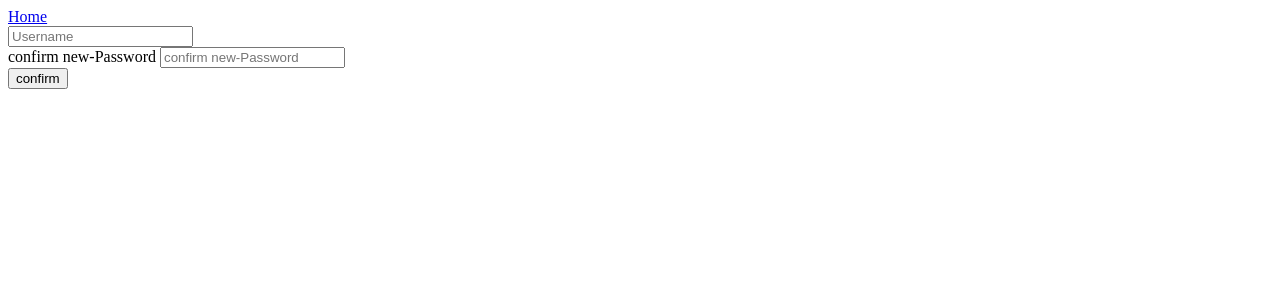
Repository: YagahAi/MARCATIR
Page: forgottenpass.html
An editor plug-in stored every save of this project. The page is shown before and after a run of saves, followed by the edit.
The browser window is 1280 px wide. The pictures show the whole page.

Above is the page before, as saved 2023-09-27 11:49:16.

### forgottenpass.html
<!DOCTYPE html>
<html lang="en">
<head>
    <meta charset="UTF-8">
    <meta name="viewport" content="width=device-width, initial-scale=1.0">
    <title>Document</title>
</head>
<body>
<a href="/index.html" class="container .hm">Home</a>
    <form class="row g-3">
        <form>
            <div class="col-auto">
        <input type="text" id= "username"placeholder="Username"/>
    </div>
    <div class="col-auto">
        <label for="inputPassword2" class="visually-hidden"
        <input type=" new-Password" id="new-Password" placeholder="new-Password" />
    </div>
        <div class="col-auto">
            <label for="inputPassword2" class="visually-hidden">confirm new-Password</label>
        <input type="confirm new-password" class="form-control" id="confirm new-Password" placeholder="confirm new-Password" />
    </div>
    <div class="col-auto">
        <button type="submit" class="btn btn-primary mb-3">confirm</button>
    </div>
        </form>

        <!--<form class="row g-3">
            <div class="col-auto">
              <label for="staticEmail2" class="visually-hidden">Email</label>
              <input type="text" readonly class="form-control-plaintext" id="staticEmail2" value="email@example.com">
            </div>
            <div class="col-auto">
              <label for="inputPassword2" class="visually-hidden">Password</label>
              <input type="password" class="form-control" id="inputPassword2" placeholder="Password">
            </div>
            <div class="col-auto">
              <button type="submit" class="btn btn-primary mb-3">Confirm identity</button>
            </div>
          </form>-->

        </body>
</html>

After the next 3 saves:
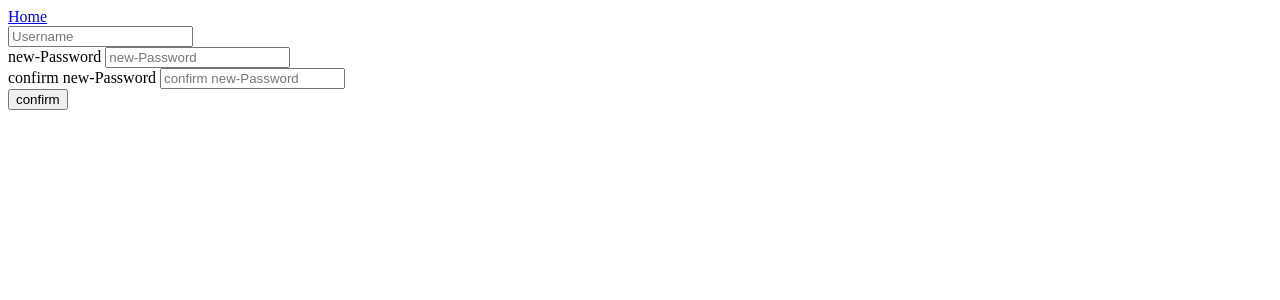
The 3 saves are shown as one change because they came seconds apart.
The last was saved 12 s later.
--- a/forgottenpass.html
+++ b/forgottenpass.html
@@ -13,7 +13,7 @@
         <input type="text" id= "username"placeholder="Username"/>
     </div>
     <div class="col-auto">
-        <label for="inputPassword2" class="visually-hidden"
+        <label for="inputPassword2" class="visually-hidden">new-Password</label>
         <input type=" new-Password" id="new-Password" placeholder="new-Password" />
     </div>
         <div class="col-auto">
